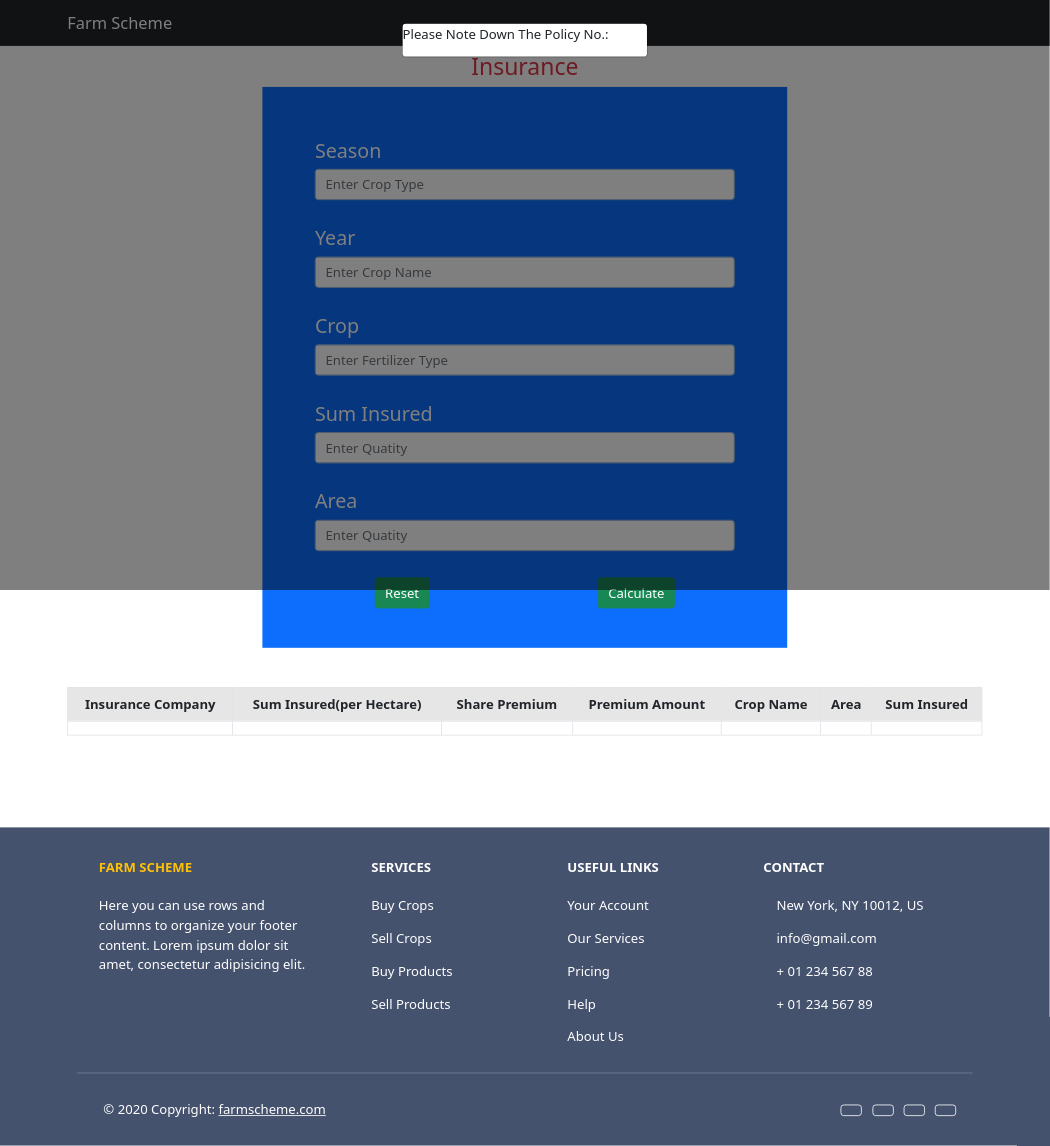
Repository: lavakumar17/Farmscheme
Page: http://localhost/demo/farmer/insurance_reg_success.jsp
An editor plug-in stored every save of this project. The page is shown before and after the next save, followed by the edit.
The browser window is 1280 px wide. The pictures show the whole page, at 82% of full size.
The page is served by Tomcat 9. Other server files are loaded and not shown. The template is opened directly, without the code that normally fills it, so the values that code supplies are empty.

Above is the page before, as saved 2022-06-24 05:06:59.

### MainProject/demo/src/main/webapp/farmer/insurance_reg_success.jsp
<%@ page language="java" contentType="text/html; charset=ISO-8859-1"
    pageEncoding="ISO-8859-1" isELIgnored="false"%>
<!DOCTYPE html>
<html>
<head>
<meta charset="ISO-8859-1">
<title>Insert title here</title>
<!-- Bootstrap css and JavaScript links -->
    <%@include file="bootstrap_links.jsp" %>
</head>
<body class="align-items-ceter">

<!-- navbar -->
<nav class="navbar navbar-expand-lg navbar-dark bg-dark">
      <div class="container-fluid container">
        <a class="navbar-brand" href="#">Farm Scheme</a>
        <button
          class="navbar-toggler"
          type="button"
          data-bs-toggle="collapse"
          data-bs-target="#navbarNavDropdown"
          aria-controls="navbarNavDropdown"
          aria-expanded="false"
          aria-label="Toggle navigation"
        >
          <span class="navbar-toggler-icon"></span>
        </button>
        <div class="collapse navbar-collapse" id="navbarNavDropdown">
          <ul class="navbar-nav ms-auto">
            <!-- <li class="nav-item">
              <a class="nav-link active" aria-current="page" href="/">Home</a>
            </li> -->
          </ul>
        </div>
      </div>
    </nav>

<%-- <%@include file="navbar.jsp" %><br><br> --%>
<h3 class="text-center text-danger pt-2">Insurance</h3>
<h4 class="text-success text-center">${success }</h4>
<h4 class="text-danger text-center">${failed }</h4>
<div class="container w-50 cjustify-content-center bg-primary text-white p-5">
<form action="/farmer/insurance" method="post">

<div class="p-3">
<span class="form-label"><h4>Season</h4></span>
<input class="form-control" type="text" name="season" required placeholder="Enter Crop Type">
</div>
<div class="p-3">
<span class="form-label pt-3"><h4>Year</h4></span>
<input class="form-control" type="text" name="year" required placeholder="Enter Crop Name">
</div>

<div class="p-3">
<span class="form-label pt-3"><h4>Crop</h4></span>
<input class="form-control" type="text" name="crop" required placeholder="Enter Fertilizer Type">
</div>

<div class="p-3">
<span class="form-label pt-3"><h4>Sum Insured</h4></span>
<input class="form-control" type="text" name="sumInsured" required placeholder="Enter Quatity">
</div>

<div class="p-3">
<span class="form-label pt-3"><h4>Area</h4></span>
<input class="form-control" type="text" name="area" required placeholder="Enter Quatity">
</div>

<div class="d-flex justify-content-center pt-3">
<div class="w-50">
<button class="btn btn-success" type="submit">Reset</button>
</div>
<div>
<button class="btn btn-success" type="submit">Calculate</button>
</div>
</div>
</form>
</div><br><br>
<section>
<!-- <h3 class="text-center">Booking History</h3> -->
<div class="container">
<table class="table table-bordered table-striped text-center table-responsive-md">
<tr>
<th>Insurance Company</th>
<th>Sum Insured(per Hectare)</th>
<th>Share Premium</th>
<th>Premium Amount</th>
<th>Crop Name</th>
<th>Area</th>
<th>Sum Insured</th>
</tr>
<%-- <td class="border">${user.getUserId()}</td>
<td class="border">${user.getUserName()}</td> --%>
<%-- <c:forEach var="history" items="${bookingHistory}" varStatus="status"> --%>
<tr>
<td>${insurance.company }</td>
<td>${insurance.sumInsuredPH }</td>
<td>${insurance.sharePremium }</td>
<td>${insurance.premiumAmount }</td>
<td>${insurance.crop}</td>
<td>${insurance.area }</td>
<td>${insurance.sumInsured }</td>
</tr>
<!-- </c:forEach> -->
</table>
</div>
</section><br><br>
<div class="d-flex justify-content-center">
<form action="/farmer/insurance_reg" hidden="true" method="post">
      				<input hidden type="submit" value=${insurance.company }/>
      				<input hidden type="submit" value=${insurance.sumInsuredPH }/>
      				<input hidden type="submit" value=${insurance.sharePremium }/>
      				<input hidden type="submit" value=${insurance.premiumAmount }/>
      				<input hidden type="submit" value=${insurance.crop }/>
      				<input hidden type="submit" value=${insurance.area }/>
      				<input hidden type="submit" value=${insurance.sumInsured }/>
<button class="btn btn-success" type="submit">Apply</button>
</form>
</div><br><br>
<!-- </div> -->


<!-- Small modal -->
<!-- <button type="button" class="btn btn-primary" data-toggle="modal" data-target=".bd-example-modal-sm">Please Note Down The Policy No.</button> -->

<div class="modal fade bd-example-modal-sm" tabindex="-1" role="dialog" aria-labelledby="mySmallModalLabel" aria-hidden="true" id="exampleModal">
  <div class="modal-dialog modal-sm">
    <div class="modal-content p-">
     <p>Please Note Down The Policy No.:
     ${policyNo }</p>
    </div>
  </div>
</div>
<script type="text/javascript">
    $(window).on('load', function() {
        $('#exampleModal').modal('show');
    });
    </script>




<!-- footer -->
<%@include file="footer.jsp" %>
</body>
</html>

### MainProject/demo/src/main/webapp/farmer/bootstrap_links.jsp
<!-- CSS only -->
<link rel="stylesheet" href="https://cdn.jsdelivr.net/npm/bootstrap@4.4.1/dist/css/bootstrap.min.css">
<link href="https://cdn.jsdelivr.net/npm/bootstrap@5.1.3/dist/css/bootstrap.min.css" rel="stylesheet"/>

<!-- JavScript Bundle with Popper -->
<script src="https://code.jquery.com/jquery-3.4.1.slim.min.js"></script>
<script src="https://cdn.jsdelivr.net/npm/popper.js@1.16.0/dist/umd/popper.min.js" ></script>
<script src="https://cdn.jsdelivr.net/npm/bootstrap@4.4.1/dist/js/bootstrap.min.js" ></script>
<script src="https://cdn.jsdelivr.net/npm/bootstrap@5.1.3/dist/js/bootstrap.bundle.min.js"></script>

### MainProject/demo/src/main/webapp/farmer/footer.jsp
<!-- Footer -->
  <footer
          class="text-center text-lg-start text-white"
          style="background-color: #45526e"
          id="footer"
          >
    <!-- Grid container -->
    <div class="container p-4 pb-0">
      <!-- Section: Links -->
      <section class="">
        <!--Grid row-->
        <div class="row">
          <!-- Grid column -->
          <div class="col-md-3 col-lg-3 col-xl-3 mx-auto mt-3">
            <h6 class="text-uppercase mb-4 font-weight-bold">
              <span class="text-warning">FARM SCHEME</span>
            </h6>
            <p>
              Here you can use rows and columns to organize your footer
              content. Lorem ipsum dolor sit amet, consectetur adipisicing
              elit.
            </p>
          </div>
          <!-- Grid column -->

          <hr class="w-100 clearfix d-md-none" />

          <!-- Grid column -->
          <div class="col-md-2 col-lg-2 col-xl-2 mx-auto mt-3">
            <h6 class="text-uppercase mb-4 font-weight-bold">SERVICES</h6>
            <p>
              <a class="text-white">Buy Crops</a>
            </p>
            <p>
              <a class="text-white">Sell Crops</a>
            </p>
            <p>
              <a class="text-white">Buy Products</a>
            </p>
            <p>
              <a class="text-white">Sell Products</a>
            </p>
          </div>
          <!-- Grid column -->

          <hr class="w-100 clearfix d-md-none" />

          <!-- Grid column -->
          <div class="col-md-3 col-lg-2 col-xl-2 mx-auto mt-3">
            <h6 class="text-uppercase mb-4 font-weight-bold">
              Useful links
            </h6>
            <p>
              <a class="text-white">Your Account</a>
            </p>
            <p>
              <a class="text-white">Our Services</a>
            </p>
            <p>
              <a class="text-white">Pricing</a>
            </p>
            <!-- <p>
              <a class="text-white">Become an Affiliate</a>
            </p> -->
            <p>
              <a class="text-white">Help</a>
            </p>
            <p>
              <a class="text-white">About Us</a>
            </p>
          </div>

          <!-- Grid column -->
          <hr class="w-100 clearfix d-md-none" />

          <!-- Grid column -->
          <div class="col-md-4 col-lg-3 col-xl-3 ms-auto mt-3">
            <h6 class="text-uppercase mb-4 font-weight-bold">Contact</h6>
            <p><i class="fas fa-home mr-3"></i> New York, NY 10012, US</p>
            <p><i class="fas fa-envelope mr-3"></i> info@gmail.com</p>
            <p><i class="fas fa-phone mr-3"></i> + 01 234 567 88</p>
            <p><i class="fas fa-print mr-3"></i> + 01 234 567 89</p>
          </div>
          <!-- Grid column -->
        </div>
        <!--Grid row-->
      </section>
      <!-- Section: Links -->

      <hr class="my-3">

      <!-- Section: Copyright -->
      <section class="p-3 pt-0">
        <div class="row d-flex align-items-center">
          <!-- Grid column -->
          <div class="col-md-7 col-lg-8 text-center text-md-start">
            <!-- Copyright -->
            <div class="p-3">
              © 2020 Copyright:
              <a class="text-white" href="https://mdbootstrap.com/"
                 >farmscheme.com</a
                >
            </div>
            <!-- Copyright -->
          </div>
          <!-- Grid column -->

          <!-- Grid column -->
          <div class="col-md-5 col-lg-4 ml-lg-0 text-center text-md-end">
            <!-- Facebook -->
            <a
               class="btn btn-outline-light btn-floating m-1"
               class="text-white"
               role="button"
               ><i class="fab fa-facebook-f"></i
              ></a>

            <!-- Twitter -->
            <a
               class="btn btn-outline-light btn-floating m-1"
               class="text-white"
               role="button"
               ><i class="fab fa-twitter"></i
              ></a>

            <!-- Google -->
            <a
               class="btn btn-outline-light btn-floating m-1"
               class="text-white"
               role="button"
               ><i class="fab fa-google"></i
              ></a>

            <!-- Instagram -->
            <a
               class="btn btn-outline-light btn-floating m-1"
               class="text-white"
               role="button"
               ><i class="fab fa-instagram"></i
              ></a>
          </div>
          <!-- Grid column -->
        </div>
      </section>
      <!-- Section: Copyright -->
    </div>
    <!-- Grid container -->
  </footer>
  <!-- Footer -->

After the next save:
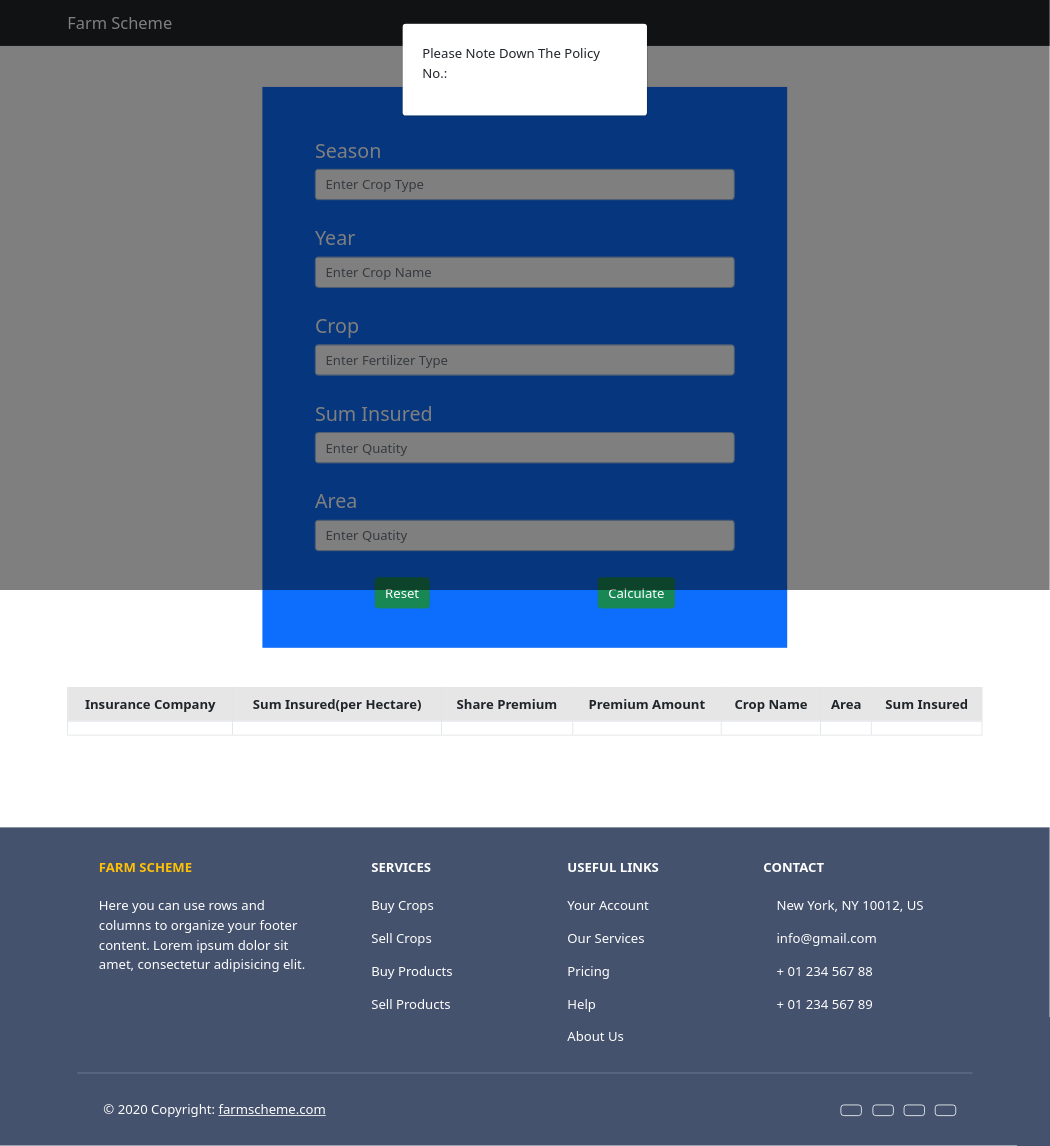
Saved 6 s later.
--- a/MainProject/demo/src/main/webapp/farmer/insurance_reg_success.jsp
+++ b/MainProject/demo/src/main/webapp/farmer/insurance_reg_success.jsp
@@ -125,7 +125,7 @@
 
 <div class="modal fade bd-example-modal-sm" tabindex="-1" role="dialog" aria-labelledby="mySmallModalLabel" aria-hidden="true" id="exampleModal">
   <div class="modal-dialog modal-sm">
-    <div class="modal-content p-">
+    <div class="modal-content p-4">
      <p>Please Note Down The Policy No.:
      ${policyNo }</p>
     </div>
